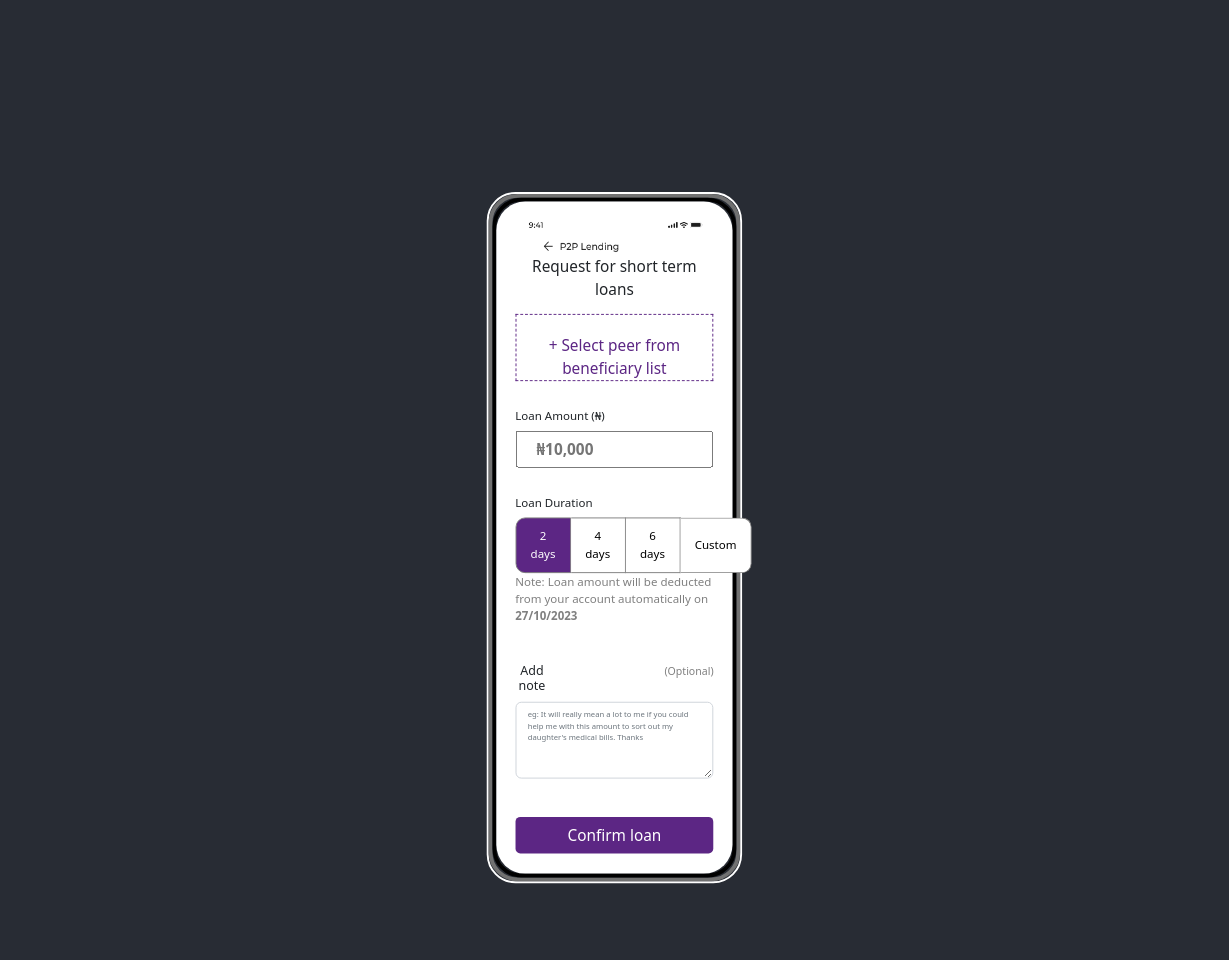
Repository: sarahnnanyelugo/fcmb-hackathon
Page: /loan-interface
The author's editor kept a copy of each file at every save. The page is drawn from the files as they stood at one save, then again after the next save.
The browser window is 1280 px wide. The pictures show the whole page, at 96% of full size.
The project was rebuilt for these pictures with package versions that can differ from the ones it lists, and the page was loaded fresh each time. Also part of the build but not shown: src/Pages/Home.js.

Above is the page before, as saved 2023-10-28 22:19:47.

### src/App.js
import "bootstrap/dist/css/bootstrap.min.css";
import { BrowserRouter, Routes, Route, Link, Outlet } from "react-router-dom";
import Home from "./Pages/Home";
import LoanInterface from "./Pages/LoanInterface";
function App() {
  return (
    <>
      <Routes>
        <Route path="/" element={<Home />} />
        <Route path="loan-interface" element={<LoanInterface />} />
      </Routes>
    </>
  );
}
export default App;

### src/Pages/LoanInterface.js
import Top from "../assets/images/top.png";
import Back from "../assets/images/back.png";

import "./style.scss";
import { useState } from "react";
import { Link } from "react-router-dom";
import Beneficiaries from "../components/Beneficiaries";

function LoanInterface() {
  const [toDuration, setToDuration] = useState("2 days");
  function setThisDuration(curr) {
    if (curr !== toDuration) {
      setToDuration(curr);
    }
  }
  return (
    <>
      <div className="app-header">
        <center>
          <div className="col-md-3">
            <center>
              <div className="col-md-10 app">
                <div className="app-inner">
                  <div className="app-inner2">
                    <div className="app-face">
                      {" "}
                      <img src={Top} alt="icon" width="100%" />{" "}
                      <div className="col-md-12">
                        {" "}
                        <Link to={"/"} style={{ float: "left" }}>
                          {" "}
                          <img src={Back} alt="icon" width="60%" />
                        </Link>
                        <p style={{ float: "left" }}>
                          Request for short term loans
                        </p>
                      </div>
                      <div className="col-md-12">
                        {" "}
                        <Beneficiaries />
                      </div>
                      <div className="col-md-12 amount">
                        <h6 style={{ float: "left" }}>Loan Amount (₦)</h6>
                        <input placeholder="₦10,000" type="text" />
                      </div>
                      <div className="col-md-12 duration">
                        <h6 style={{ float: "left" }}>Loan Duration</h6>

                        <div className="col-md-12 flexy button-holder">
                          <button
                            onClick={() => setThisDuration("2 days")}
                            id="btn1"
                            className={` ${
                              toDuration === "2 days" ? "curr-active" : ""
                            }`}
                          >
                            2 days
                          </button>
                          <button
                            onClick={() => setThisDuration("4 days")}
                            id="btn2"
                            className={` ${
                              toDuration === "4 days" ? "curr-active" : ""
                            }`}
                          >
                            4 days
                          </button>
                          <button
                            onClick={() => setThisDuration("6 days")}
                            id="btn3"
                            className={` ${
                              toDuration === "6 days" ? "curr-active" : ""
                            }`}
                          >
                            6 days
                          </button>
                          <button
                            onClick={() => setThisDuration("Custom")}
                            id="btn4"
                            className={` ${
                              toDuration === "Custom" ? "curr-active" : ""
                            }`}
                          >
                            Custom
                          </button>
                        </div>
                        <p>
                          Note: Loan amount will be deducted from your account
                          automatically on <span> 27/10/2023</span>
                        </p>
                      </div>
                      <div className="col-md-12 remark">
                        <div className="flexy">
                          {" "}
                          <h6>Add note</h6>
                          <small className="offset-md-7">(Optional)</small>
                        </div>
                        <textarea
                          placeholder="eg: It will really mean a lot to me if you could help me with this amount to sort out my daughter's medical bills. Thanks"
                          className="form-control"
                        />
                      </div>
                      <center>
                        <button className="confirm-btn">Confirm loan</button>
                      </center>
                    </div>
                  </div>
                </div>
              </div>
            </center>
          </div>
        </center>
      </div>
    </>
  );
}

export default LoanInterface;

### src/Pages/style.scss
.app-header {
  background-color: #282c34;
  height: 1000px;
  padding-top: 200px;
  width: 100%;
}

.app {
  border: solid 2px #fff;
  height: 720px;
  border-radius: 30px;
}
.app-inner {
  border: solid 4px #717171;
  height: 100%;
  border-radius: 30px;
}
.app-inner2 {
  border: solid 4px #000;
  height: 100%;
  border-radius: 30px;
}
.app-face {
  background: #fff;
  height: 100%;
  border-radius: 30px;
  padding: 10px 20px 0px 20px;
  a {
    color: #5c2684;
    text-decoration: none;
    font-size: 12px;
    font-weight: bold;
  }
}
.flexy {
  display: flex;
}
.flexy1 {
  flex-grow: 1;
}
.balance {
  h5 {
    color: #5c2684;
    margin-bottom: 30px;
  }
  small {
    font-size: 11px;
  }
  img {
    margin-top: -10px;
  }
}
.access {
  margin-top: 50px;
  h6 {
    font-size: 12px;
    margin-top: 5px;
  }
  a {
    color: #000;
  }
}
.access2 {
  margin-top: 20px;
  margin-bottom: 20px;
  h6 {
    font-size: 12px;
    margin-top: 5px;
  }
  a {
    color: #000;
  }
}
.transactions {
  margin-top: 20px;
  h6 {
    font-size: 12px;
    margin-bottom: 0 !important;
    margin-top: 10px;
  }
  a {
    font-size: 10px;
    color: grey;
    text-decoration: none;
    margin-top: 0;
  }
}
.footer {
  border-top: solid 1px rgb(202, 201, 201);
  padding-top: 15px;
  margin-top: 10px;
  h6 {
    font-size: 11px;
  }
}
.dash {
  border-radius: 10px;
  border: solid 2px black;
  height: 2px;
}
.amount {
  margin-top: 30px;
  h6 {
    font-size: 12px;
  }
  input {
    padding: 5px 20px;
    width: 100%;
    font-weight: bold;
    color: #000 !important;
  }
}
.duration {
  margin-top: 30px;
  h6 {
    font-size: 12px;
  }
  p {
    font-size: 12px;
    color: grey;
    text-align: left;
    span {
      font-weight: bold;
    }
  }
  button {
    border: none;
    padding: 10px 15px;
    font-size: 12px;
    background: #fff;
    border-top: solid 1px grey;
    border-bottom: solid 1px grey;
  }
  #btn1 {
    border-top-left-radius: 10px;
    border-bottom-left-radius: 10px;
    border-left: solid 1px grey;
  }
  #btn4 {
    border-top-right-radius: 10px;
    border-bottom-right-radius: 10px;
  }
  #btn4,
  #btn1,
  #btn2,
  #btn3 {
    border-right: solid 1px grey;
  }
}
.curr-active {
  background: #5c2684 !important;
  color: #fff !important;
}
.remark {
  margin-top: 40px;
  h6 {
    font-size: 13px;
  }
  small {
    font-size: 11px;
    color: grey;
  }
  textarea {
    height: 80px;
    font-size: 8px;
  }
}
.confirm-btn {
  background: #5c2684;
  color: #fff;
  width: 100%;
  margin-top: 40px;
  border: none;
  border-radius: 5px;
  padding: 7px 0;
}

### src/components/Beneficiaries.js
import { useState } from "react";
import Button from "react-bootstrap/Button";
import Modal from "react-bootstrap/Modal";
import "./components.scss";
import Bank from "../assets/images/bank.png";

function Beneficiaries() {
  const [show, setShow] = useState(false);

  const handleClose = () => setShow(false);
  const handleShow = () => setShow(true);

  return (
    <>
      <div onClick={handleShow} className="beneficiary-modal">
        <p>+ Select peer from beneficiary list</p>
      </div>
      <Modal
        show={show}
        onHide={handleClose}
        size="sm"
        aria-labelledby="contained-modal-title-vcenter"
        centered
      >
        <Modal.Header closeButton>
          <Modal.Title>
            <h6>Select Peer</h6>
          </Modal.Title>
        </Modal.Header>
        <Modal.Body>
          <div className="col-md-12 modal-inside">
            <form>
              <input type="search" placeholder="search" />
            </form>
            <div className="flexy">
              {" "}
              <div className="col-md-2">
                {" "}
                <img src={Bank} alt="icon" width="80%" />
              </div>
              <div>
                <h6>Team 1</h6>
                <p>Second Bank</p>
              </div>
            </div>
            <div className="flexy">
              {" "}
              <div className="col-md-2">
                {" "}
                <img src={Bank} alt="icon" width="80%" />
              </div>
              <div>
                <h6>Account name4</h6>
                <p>Bank name4</p>
              </div>
            </div>
            <div className="flexy">
              {" "}
              <div className="col-md-2">
                {" "}
                <img src={Bank} alt="icon" width="80%" />
              </div>
              <div>
                <h6>Account name3</h6>
                <p>Bank name3</p>
              </div>
            </div>
            <center>
              <a href="#">View more</a>
            </center>
          </div>
        </Modal.Body>
      </Modal>
    </>
  );
}

export default Beneficiaries;

### src/components/components.scss
.beneficiary-modal {
  height: 70px;
  width: 100%;
  border: dashed 1px #5c2684;
  margin-top: 80px;
  color: #5c2684;
  padding-top: 20px;
}
// .modal-body {
//   border: none !important;
// }
.modal-inside {
  input {
    margin-bottom: 30px;
    border: solid 1px rgb(215, 213, 213);
    width: 100%;
    padding: 5px 20px;
  }
  img {
    border-radius: 50%;
  }
  h6 {
    font-size: 13px;
    margin-bottom: 0 !important;
  }
  p {
    font-size: 11px;
  }
  a {
    color: #5c2684;
    font-size: 11px;
    font-weight: bold;
    text-decoration: none;
  }
}

Loaded but not shown: public/index.html (common file); src/index.js (common file); src/index.css (common file); src/reportWebVitals.js (common file)

After the next save:
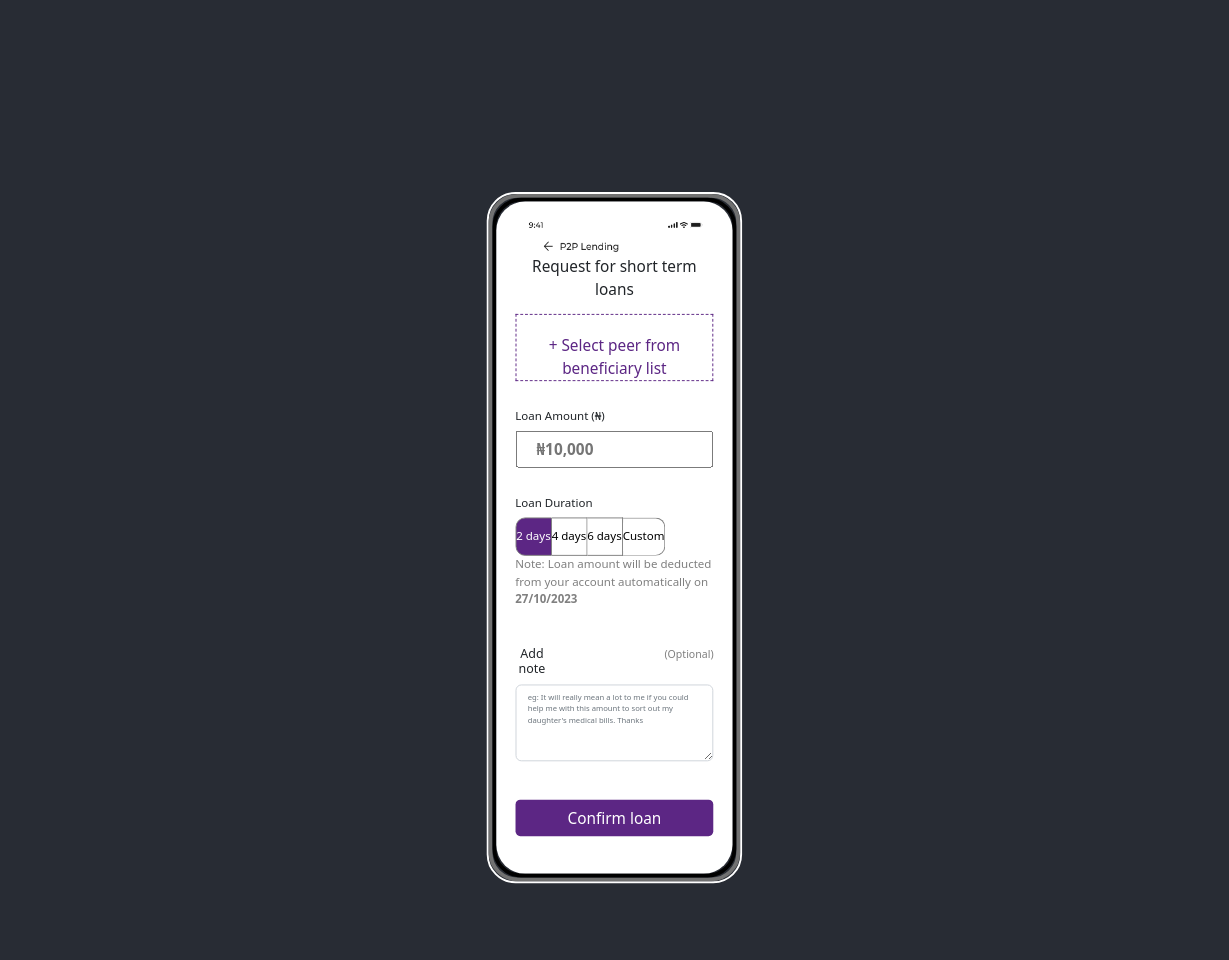
Saved 19 s later.
--- a/src/Pages/style.scss
+++ b/src/Pages/style.scss
@@ -125,7 +125,7 @@
   }
   button {
     border: none;
-    padding: 10px 15px;
+    padding: 10px 0px;
     font-size: 12px;
     background: #fff;
     border-top: solid 1px grey;
